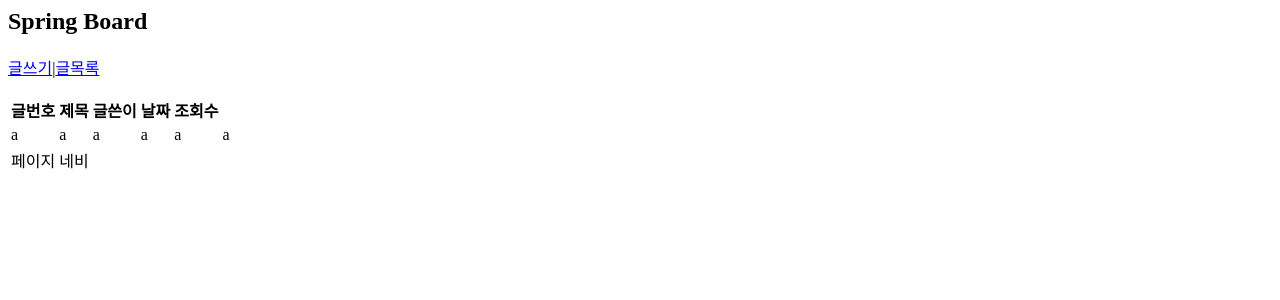
Repository: Jayking0215/myjava
Page: http://localhost/SpringWeb/WEB-INF/views/board/boardList.jsp
These files come from the project's save history. The page is drawn as it stood at one moment and after the next save; the edit follows.
The browser window is 1280 px wide. The pictures show the whole page.
The page is served by Tomcat 9. Nobody is signed in. Other server files are loaded and not shown. The template is opened directly, without the code that normally fills it, so the values that code supplies are empty.

Above is the page before, as saved 2023-05-11 07:11:08.

### SpringWorkspace/SpringWeb/src/main/webapp/WEB-INF/views/board/boardList.jsp
<%@ page language="java" contentType="text/html; charset=UTF-8"
    pageEncoding="UTF-8"%>
<div class="row my-3">
	<div class="col-12 text-center">
		<h2>Spring Board</h2>
		<p>
			<a href="write">글쓰기</a>|<a href="list">글목록</a>
		</p>
	</div>
</div>
<div class="row">
	<div class="col-10 offset-1">
		<table class="table table-condensed table-striped">
			<thead>
				<th>글번호</th>
				<th>제목</th>
				<th>글쓴이</th>
				<th>날짜</th>
				<th>조회수</th>
			</thead>
			<tbody>
			<!-- ------------------------------------ -->
			<tr>
				<td>a</td>
				<td>a</td>
				<td>a</td>
				<td>a</td>
				<td>a</td>
				<td>a</td>
			</tr>
			<!-- ------------------------------------ -->
			</tbody>
			<tfoot>
				<tr>
					<td colspan="3">페이지 네비</td>
				</tr>
			</tfoot>
		</table>
	</div>
</div>

After the next save:
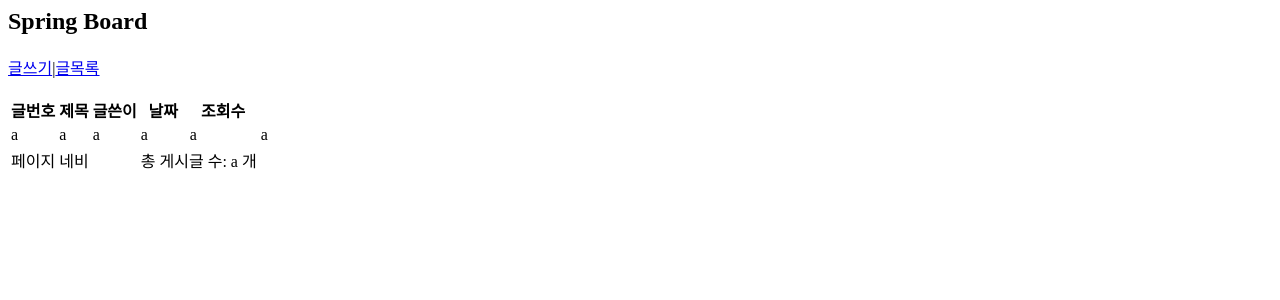
Saved 48 s later.
--- a/SpringWorkspace/SpringWeb/src/main/webapp/WEB-INF/views/board/boardList.jsp
+++ b/SpringWorkspace/SpringWeb/src/main/webapp/WEB-INF/views/board/boardList.jsp
@@ -33,6 +33,9 @@
 			<tfoot>
 				<tr>
 					<td colspan="3">페이지 네비</td>
+					<td colspan="2">
+						총 게시글 수: <span>a 개</span><br>
+					</td>
 				</tr>
 			</tfoot>
 		</table>
